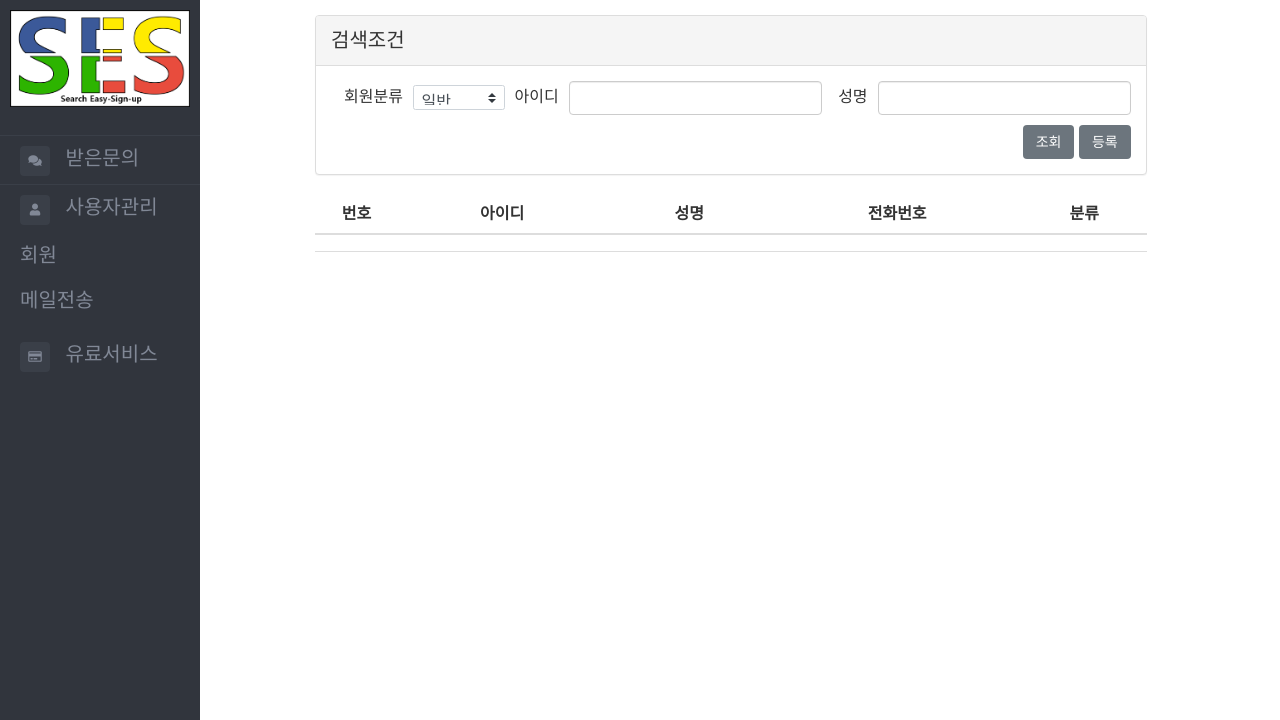
Repository: hyun5292/school
Page: http://localhost/adminSES/WEB-INF/views/member/m_search.jsp
The author's editor kept a copy of each file at every save. The page is drawn from the files as they stood at one save, then again after the next save.
The browser window is 1280 px wide. The pictures show the whole page.
Some web libraries are served in a nearby version. The page is served by Tomcat 9. Nobody is signed in. Other server files are loaded and not shown. The template is opened directly, without the code that normally fills it, so the values that code supplies are empty.

Above is the page before, as saved 2020-11-09 15:22:23.

### sesAdmin/adminSES/src/main/webapp/WEB-INF/views/member/m_search.jsp
<%@ page language="java" contentType="text/html; charset=UTF-8"
	pageEncoding="UTF-8"%>
<%@ taglib prefix="fmt" uri="http://java.sun.com/jsp/jstl/fmt"%>
<%@ taglib prefix="c" uri="http://java.sun.com/jsp/jstl/core"%>
<%@ taglib prefix="form" uri="http://www.springframework.org/tags/form"%>
<%@ taglib uri="http://java.sun.com/jsp/jstl/functions" prefix="fn"%>
<%@ taglib prefix="spring" uri="http://www.springframework.org/tags"%>
<!DOCTYPE html>
<html>
<head>
<meta charset="utf-8">
<meta http-equiv="X-UA-Compatible" content="IE=edge">
<meta name="viewport" content="width=device-width, initial-scale=1">
<meta name="description"
	content="Responsive sidebar template with sliding effect and dropdown menu based on bootstrap 3">
<title>SES 관리자모드</title>
<link rel="stylesheet"
	href="https://maxcdn.bootstrapcdn.com/bootstrap/4.0.0/css/bootstrap.min.css"
	integrity="sha384-Gn5384xqQ1aoWXA+058RXPxPg6fy4IWvTNh0E263XmFcJlSAwiGgFAW/dAiS6JXm"
	crossorigin="anonymous">
<link href="https://use.fontawesome.com/releases/v5.0.6/css/all.css"
	rel="stylesheet">
<link rel="stylesheet"
	href="https://maxcdn.bootstrapcdn.com/bootstrap/3.3.7/css/bootstrap.min.css">
<script
	src="https://ajax.googleapis.com/ajax/libs/jquery/1.12.4/jquery.min.js"></script>
<script
	src="https://maxcdn.bootstrapcdn.com/bootstrap/3.3.7/js/bootstrap.min.js"></script>
<link href="${pageContext.request.contextPath}/resources/css/main.css"
	rel="stylesheet">
<style>
.log-div {
	height: 100%;
}

.short-div {
	height: 50%;
}

.imgchart {
	height: 30%;
}

table {
	font-size: 1.6rem;
}
</style>
<script src="${pageContext.request.contextPath}/resources/js/main.js"></script>
<script>
	function SearchMember() {
		var mKind = $('#mKind').val();
		var mId = $('#mId').val();
		var mName = $('#mName').val();

		location.href = "search_m?mKind=" + mKind + "&mId=" + mId + "&mName="
				+ mName;
	}

	//url 에서 parameter 추출
	function getParam(sname) {
		var params = location.search.substr(location.search.indexOf("?") + 1);
		var sval = "";
		params = params.split("&");
		for (var i = 0; i < params.length; i++) {
			temp = params[i].split("=");
			if ([ temp[0] ] == sname) {
				sval = temp[1];
			}
		}

		return sval;
	}

	function YesOrNo() {
		var mKind = getParam("mKind");
		var mId = getParam("mId");
		var mName = getParam("mName");
		var chk = true;

		if ((mKind == null) || (mKind == "")) {
			if ((mId == null) || (mId == "")) {
				if ((mName == null) || (mName == "")) {
					chk = false;
				} else {
					chk = true;
				}
			} else {
				chk = true;
			}
		} else {
			chk = true;
		}

		if (chk) {
			$("#schm").show();
			$("#msch").hide();
		} else {
			$("#schm").hide();
			$("#msch").show();
		}
	}
	window.onload = YesOrNo;
</script>
</head>
<body>
	<div class="page-wrapper chiller-theme toggled">
		<!-- navigation -->
		<nav id="sidebar" class="sidebar-wrapper">
			<div class="sidebar-content">
				<div class="logo-wrapper waves-light" align="center"
					style="padding: 10px 0px 0px 0px">
					<a href="main"> <img width="90%"
						src="${pageContext.request.contextPath}/resources/images/mainmark.png"
						class="img-fluid flex-center"></a>
				</div>
				&nbsp;
				<!-- sidebar-header  -->
				<div class="sidebar-menu">
					<ul>
						<li class="sidebar"><a href="qna"> <i
								class="fas fa-comments"></i> <span>받은문의</span>
						</a></li>
						<li class="sidebar-menu"><a> <i class="fa fa-user"></i> <span>사용자관리</span>
						</a>
							<ul>
								<li><a href="m_search">회원</a></li>
								<li><a href="m_mail">메일전송</a></li>
							</ul></li>
						<li class="sidebar"><a href="pay_service"> <i
								class="far fa-credit-card"></i> <span>유료서비스</span>
						</a></li>
					</ul>
				</div>
			</div>
		</nav>
		<!-- navigation -->

		<!-- contents -->
		<main class="page-content">
		<div class="container-fluid">
			<div class="row-fluid" style="width: 110%">
				<div class="col-md-10">
					<div class="panel panel-default">
						<div class="panel-heading">검색조건</div>
						<div class="panel-body">
							<table width="100%">
								<tbody>
									<tr>
										<td align="right">회원분류</td>
										<td width="10px"></td>
										<td><select class="custom-select" id="mKind" name="mKind"
											value="${mKind}">
												<option value="일반">일반</option>
												<option value="직원">직원</option>
												<option value="SNS사">SNS사</option>
										</select></td>
										<td align="right">아이디</td>
										<td width="10px"></td>
										<td><input type="text" class="form-control" id="mId"
											name="mId" placeholder="${mId}" width="80%"></td>
										<td width="10px"></td>
										<td align="right">성명</td>
										<td width="10px"></td>
										<td><input type="text" class="form-control" name="mName"
											id="mName" placeholder="${mName}" width="80%"></td>
									</tr>
									<tr>
										<td colspan="11" height="10px"></td>
									</tr>
									<tr>
										<td colspan="11" align="right"><input type="button"
											onclick="SearchMember()" class="btn btn-secondary" value="조회">
											<input type="button" onclick="NewMember()"
											class="btn btn-secondary" value="등록"></td>
									</tr>
								</tbody>
							</table>
						</div>
					</div>
				</div>
				<div class="col-md-10">
					<table class="table table-list-search" style="text-align: center;">
						<thead style="text-align: center;">
							<tr>
								<th width="10%"><center>번호</center></th>
								<th width="25%"><center>아이디</center></th>
								<th width="20%"><center>성명</center></th>
								<th width="30%"><center>전화번호</center></th>
								<th width="15%"><center>분류</center></th>
							</tr>
						</thead>
						<tbody>
							<c:forEach items="${dtos}" var="dto">
								<tr>
									<td>${dto.getNUM()}</td>
									<td><a href="#">${dto.getM_ID()}</a></td>
									<td>${dto.getM_NAME()}</td>
									<td>0${dto.getM_TEL1()}-${dto.getM_TEL2()}-${dto.getM_TEL3()}</td>
									<td>${dto.getM_KIND()}</td>
								</tr>
							</c:forEach>
						</tbody>
						<tfoot>
							<tr>
								<td colspan="5"></td>
							</tr>
							<tr align="center">
								<td colspan="5" id="schm" name="schm"><a
									href="search_m?pgnum=1&mKind=${mKind}&mId=${mId}&mName=${mName}"
									style="text-decoration: none">${prev}${prev}</a> <a
									href="search_m?pgnum=${before}&mKind=${mKind}&mId=${mId}&mName=${mName}"
									style="text-decoration: none">${prev}</a> <c:forEach
										items="${pg}" var="p">
										<a
											href="search_m?pgnum=${p}&mKind=${mKind}&mId=${mId}&mName=${mName}"
											style="text-decoration: none">${p}</a>
									</c:forEach> <a
									href="search_m?pgnum=${after}&mKind=${mKind}&mId=${mId}&mName=${mName}"
									style="text-decoration: none">${next}</a> <a
									href="search_m?pgnum=${last}&mKind=${mKind}&mId=${mId}&mName=${mName}"
									style="text-decoration: none">${next}${next}</a></td>
								<td colspan="5" id="msch" name="msch"><a
									href="m_search?pgnum=1" style="text-decoration: none">${prev}${prev}</a>
									<a href="m_search?pgnum=${before}"
									style="text-decoration: none">${prev}</a> <c:forEach
										items="${pg}" var="p">
										<a href="m_search?pgnum=${p}" style="text-decoration: none">${p}</a>
									</c:forEach> <a href="qna?pgnum=${after}" style="text-decoration: none">${next}</a>
									<a href="m_search?pgnum=${last}" style="text-decoration: none">${next}${next}</a></td>
							</tr>
						</tfoot>
					</table>
				</div>
			</div>
		</div>
		</main>
		<!-- contents -->
	</div>
</body>
</html>

### sesAdmin/adminSES/src/main/webapp/resources/css/main.css
@charset "EUC-KR";

@keyframes swing {
  0% {
    transform: rotate(0deg);
  }
  10% {
    transform: rotate(10deg);
  }
  30% {
    transform: rotate(0deg);
  }
  40% {
    transform: rotate(-10deg);
  }
  50% {
    transform: rotate(0deg);
  }
  60% {
    transform: rotate(5deg);
  }
  70% {
    transform: rotate(0deg);
  }
  80% {
    transform: rotate(-5deg);
  }
  100% {
    transform: rotate(0deg);
  }
}

@keyframes sonar {
  0% {
    transform: scale(0.9);
    opacity: 1;
  }
  100% {
    transform: scale(2);
    opacity: 0;
  }
}
body {
  font-size: 2.0rem;
}
.page-wrapper .sidebar-wrapper,
.sidebar-wrapper .sidebar-brand > a,
.sidebar-wrapper .sidebar-dropdown > a:after,
.sidebar-wrapper .sidebar-menu .sidebar-dropdown .sidebar-submenu li a:before,
.sidebar-wrapper ul li a i,
.page-wrapper .page-content,
.sidebar-wrapper .sidebar-search input.search-menu,
.sidebar-wrapper .sidebar-search .input-group-text,
.sidebar-wrapper .sidebar-menu ul li a,
#show-sidebar,
#close-sidebar {
  -webkit-transition: all 0.3s ease;
  -moz-transition: all 0.3s ease;
  -ms-transition: all 0.3s ease;
  -o-transition: all 0.3s ease;
  transition: all 0.3s ease;
}

/*----------------page-wrapper----------------*/

.page-wrapper {
  height: 100vh;
}

.page-wrapper .theme {
  width: 40px;
  height: 40px;
  display: inline-block;
  border-radius: 4px;
  margin: 2px;
}

.page-wrapper .theme.chiller-theme {
  background: #1e2229;
}

/*----------------toggeled sidebar----------------*/

.page-wrapper.toggled .sidebar-wrapper {
  left: 0px;
}

@media screen and (min-width: 768px) {
  .page-wrapper.toggled .page-content {
    padding-left: 300px;
  }
}
/*----------------show sidebar button----------------*/
#show-sidebar {
  position: fixed;
  left: 0;
  top: 10px;
  border-radius: 0 4px 4px 0px;
  width: 30px;
  transition-delay: 0.3s;
}
.page-wrapper.toggled #show-sidebar {
  left: -40px;
}
/*----------------sidebar-wrapper----------------*/

.sidebar-wrapper {
  width: 200px;
  height: 100%;
  max-height: 100%;
  position: fixed;
  top: 0;
  left: -300px;
  z-index: 999;
}

.sidebar-wrapper ul {
  list-style-type: none;
  padding: 0;
  margin: 0;
}

.sidebar-wrapper a {
  text-decoration: none;
}

/*----------------sidebar-content----------------*/

.sidebar-content {
  max-height: calc(100% - 30px);
  height: calc(100% - 30px);
  overflow-y: auto;
  position: relative;
}

.sidebar-content.desktop {
  overflow-y: hidden;
}

/*--------------------sidebar-brand----------------------*/

.sidebar-wrapper .sidebar-brand {
  padding: 10px 20px;
  display: flex;
  align-items: center;
}

.sidebar-wrapper .sidebar-brand > a {
  text-transform: uppercase;
  font-weight: bold;
  flex-grow: 1;
}

.sidebar-wrapper .sidebar-brand #close-sidebar {
  cursor: pointer;
  font-size: 20px;
}
/*--------------------sidebar-header----------------------*/

.sidebar-wrapper .sidebar-header {
  padding: 20px;
  overflow: hidden;
}

.sidebar-wrapper .sidebar-header .user-pic {
  float: left;
  width: 60px;
  padding: 2px;
  border-radius: 12px;
  margin-right: 15px;
  overflow: hidden;
}

.sidebar-wrapper .sidebar-header .user-pic img {
  object-fit: cover;
  height: 100%;
  width: 100%;
}

.sidebar-wrapper .sidebar-header .user-info {
  float: left;
}

.sidebar-wrapper .sidebar-header .user-info > span {
  display: block;
}

.sidebar-wrapper .sidebar-header .user-info .user-role {
  font-size: 12px;
}

.sidebar-wrapper .sidebar-header .user-info .user-status {
  font-size: 11px;
  margin-top: 4px;
}

.sidebar-wrapper .sidebar-header .user-info .user-status i {
  font-size: 8px;
  margin-right: 4px;
  color: #5cb85c;
}

/*----------------------sidebar-menu-------------------------*/

.sidebar-wrapper .sidebar-menu {
  padding-bottom: 10px;
}

.sidebar-wrapper .sidebar-menu .header-menu span {
  font-weight: bold;
  font-size: 14px;
  padding: 15px 20px 5px 20px;
  display: inline-block;
}

.sidebar-wrapper .sidebar-menu ul li a {
  display: inline-block;
  width: 100%;
  text-decoration: none;
  position: relative;
  padding: 8px 30px 8px 20px;
}

.sidebar-wrapper .sidebar-menu ul li a i {
  margin-right: 10px;
  font-size: 12px;
  width: 30px;
  height: 30px;
  line-height: 30px;
  text-align: center;
  border-radius: 4px;
}

.sidebar-wrapper .sidebar-menu ul li a:hover > i::before {
  display: inline-block;
  animation: swing ease-in-out 0.5s 1 alternate;
}

.sidebar-wrapper .sidebar-menu .sidebar-dropdown > a:after {
  font-family: "Font Awesome 5 Free";
  font-weight: 900;
  content: "\f105";
  font-style: normal;
  display: inline-block;
  font-style: normal;
  font-variant: normal;
  text-rendering: auto;
  -webkit-font-smoothing: antialiased;
  -moz-osx-font-smoothing: grayscale;
  text-align: center;
  background: 0 0;
  position: absolute;
  right: 15px;
  top: 14px;
}

.sidebar-wrapper .sidebar-menu .sidebar-dropdown .sidebar-submenu ul {
  padding: 5px 0;
}

.sidebar-wrapper .sidebar-menu .sidebar-dropdown .sidebar-submenu li {
  padding-left: 25px;
  font-size: 13px;
}

.sidebar-wrapper .sidebar-menu .sidebar-dropdown .sidebar-submenu li a:before {
  content: "\f111";
  font-family: "Font Awesome 5 Free";
  font-weight: 400;
  font-style: normal;
  display: inline-block;
  text-align: center;
  text-decoration: none;
  -webkit-font-smoothing: antialiased;
  -moz-osx-font-smoothing: grayscale;
  margin-right: 10px;
  font-size: 8px;
}

.sidebar-wrapper .sidebar-menu ul li a span.label,
.sidebar-wrapper .sidebar-menu ul li a span.badge {
  float: right;
  margin-top: 8px;
  margin-left: 5px;
}

.sidebar-wrapper .sidebar-menu .sidebar-dropdown .sidebar-submenu li a .badge,
.sidebar-wrapper .sidebar-menu .sidebar-dropdown .sidebar-submenu li a .label {
  float: right;
  margin-top: 0px;
}

.sidebar-wrapper .sidebar-menu .sidebar-submenu {
  display: none;
}

.sidebar-wrapper .sidebar-menu .sidebar-dropdown.active > a:after {
  transform: rotate(90deg);
  right: 17px;
}

/*--------------------------side-footer------------------------------*/

.sidebar-footer {
  position: absolute;
  width: 100%;
  bottom: 0;
  display: flex;
}

.sidebar-footer > a {
  flex-grow: 1;
  text-align: center;
  height: 30px;
  line-height: 30px;
  position: relative;
}

.sidebar-footer > a .notification {
  position: absolute;
  top: 0;
}

.badge-sonar {
  display: inline-block;
  background: #980303;
  border-radius: 50%;
  height: 8px;
  width: 8px;
  position: absolute;
  top: 0;
}

.badge-sonar:after {
  content: "";
  position: absolute;
  top: 0;
  left: 0;
  border: 2px solid #980303;
  opacity: 0;
  border-radius: 50%;
  width: 100%;
  height: 100%;
  animation: sonar 1.5s infinite;
}

/*--------------------------page-content-----------------------------*/

.page-wrapper .page-content {
  display: inline-block;
  width: 100%;
  padding-left: 0px;
  padding-top: 15px;
}

.page-wrapper .page-content > div {
  padding: 0px 40px 0px 0px;
}

.page-wrapper .page-content {
  overflow-x: hidden;
}

/*------scroll bar---------------------*/

::-webkit-scrollbar {
  width: 5px;
  height: 7px;
}
::-webkit-scrollbar-button {
  width: 0px;
  height: 0px;
}
::-webkit-scrollbar-thumb {
  background: #525965;
  border: 0px none #ffffff;
  border-radius: 0px;
}
::-webkit-scrollbar-thumb:hover {
  background: #525965;
}
::-webkit-scrollbar-thumb:active {
  background: #525965;
}
::-webkit-scrollbar-track {
  background: transparent;
  border: 0px none #ffffff;
  border-radius: 50px;
}
::-webkit-scrollbar-track:hover {
  background: transparent;
}
::-webkit-scrollbar-track:active {
  background: transparent;
}
::-webkit-scrollbar-corner {
  background: transparent;
}


/*-----------------------------chiller-theme-------------------------------------------------*/

.chiller-theme .sidebar-wrapper {
    background: #31353D;
}

.chiller-theme .sidebar-wrapper .sidebar-header,
.chiller-theme .sidebar-wrapper .sidebar-search,
.chiller-theme .sidebar-wrapper .sidebar-menu {
    border-top: 1px solid #3a3f48;
}

.chiller-theme .sidebar-wrapper .sidebar-search input.search-menu,
.chiller-theme .sidebar-wrapper .sidebar-search .input-group-text {
    border-color: transparent;
    box-shadow: none;
}

.chiller-theme .sidebar-wrapper .sidebar-header .user-info .user-role,
.chiller-theme .sidebar-wrapper .sidebar-header .user-info .user-status,
.chiller-theme .sidebar-wrapper .sidebar-search input.search-menu,
.chiller-theme .sidebar-wrapper .sidebar-search .input-group-text,
.chiller-theme .sidebar-wrapper .sidebar-brand>a,
.chiller-theme .sidebar-wrapper .sidebar-menu ul li a,
.chiller-theme .sidebar-footer>a {
    color: #818896;
}

.chiller-theme .sidebar-wrapper .sidebar-menu ul li:hover>a,
.chiller-theme .sidebar-wrapper .sidebar-menu .sidebar-dropdown.active>a,
.chiller-theme .sidebar-wrapper .sidebar-header .user-info,
.chiller-theme .sidebar-wrapper .sidebar-brand>a:hover,
.chiller-theme .sidebar-footer>a:hover i {
    color: #b8bfce;
}

.page-wrapper.chiller-theme.toggled #close-sidebar {
    color: #bdbdbd;
}

.page-wrapper.chiller-theme.toggled #close-sidebar:hover {
    color: #ffffff;
}

.chiller-theme .sidebar-wrapper ul li:hover a i,
.chiller-theme .sidebar-wrapper .sidebar-dropdown .sidebar-submenu li a:hover:before,
.chiller-theme .sidebar-wrapper .sidebar-search input.search-menu:focus+span,
.chiller-theme .sidebar-wrapper .sidebar-menu .sidebar-dropdown.active a i {
    color: #16c7ff;
    text-shadow:0px 0px 10px rgba(22, 199, 255, 0.5);
}

.chiller-theme .sidebar-wrapper .sidebar-menu ul li a i,
.chiller-theme .sidebar-wrapper .sidebar-menu .sidebar-dropdown div,
.chiller-theme .sidebar-wrapper .sidebar-search input.search-menu,
.chiller-theme .sidebar-wrapper .sidebar-search .input-group-text {
    background: #3a3f48;
}

.chiller-theme .sidebar-wrapper .sidebar-menu .header-menu span {
    color: #6c7b88;
}

Loaded but not shown: sesAdmin/adminSES/src/main/webapp/resources/js/main.js (common file)

After the next save:
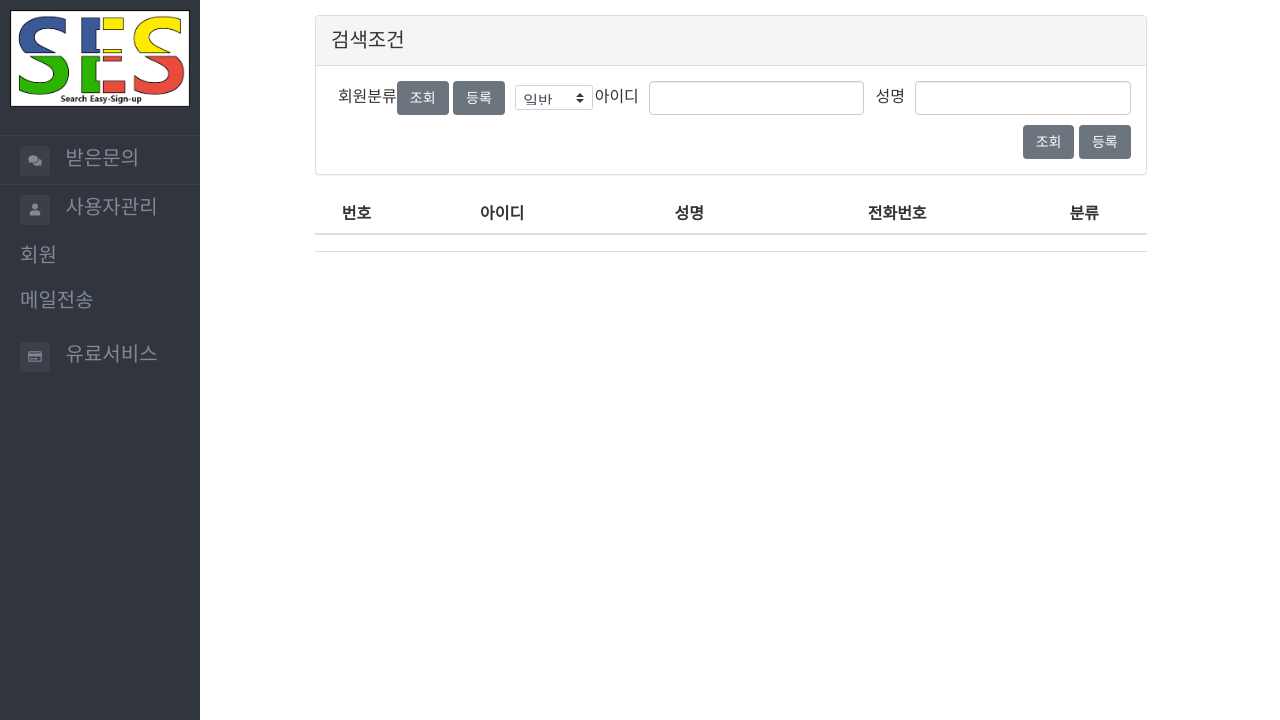
Saved 90 s later.
--- a/sesAdmin/adminSES/src/main/webapp/WEB-INF/views/member/m_search.jsp
+++ b/sesAdmin/adminSES/src/main/webapp/WEB-INF/views/member/m_search.jsp
@@ -146,7 +146,17 @@ table {
 							<table width="100%">
 								<tbody>
 									<tr>
-										<td align="right">회원분류</td>
+										<td align="right">
+											<table>
+												<tr>
+													<td>회원분류</td>
+													<td><input type="button" onclick="SearchMember()"
+														class="btn btn-secondary" value="조회"> <input
+														type="button" onclick="NewMember()"
+														class="btn btn-secondary" value="등록"></td>
+												</tr>
+											</table>
+										</td>
 										<td width="10px"></td>
 										<td><select class="custom-select" id="mKind" name="mKind"
 											value="${mKind}">
